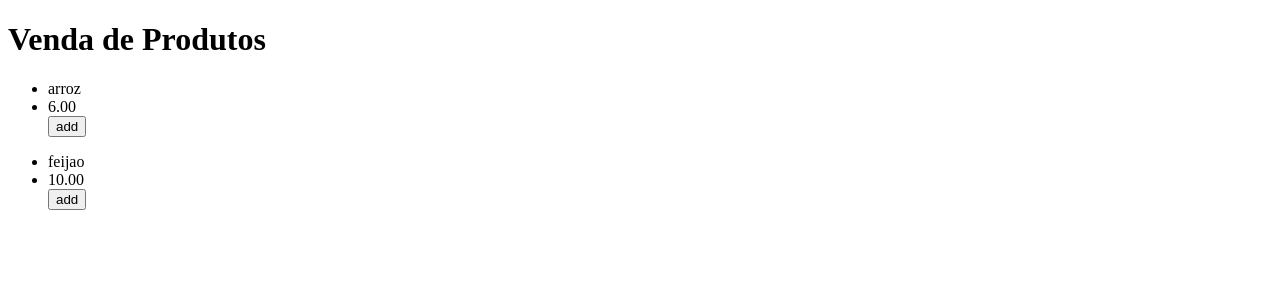
Repository: joaobatistafrontend/test-venda
Page: http://localhost/
An editor plug-in stored every save of this project. The page is shown before and after the next save, followed by the edit.
The browser window is 1280 px wide. The pictures show the whole page.
The page is served by the project's application, run on Django 4.2 (manage.py). The page reads the database file committed with the project. Queries for data that is not in the repository find no rows.

Above is the page before, as saved 2024-09-23 00:32:41.

After the next save:
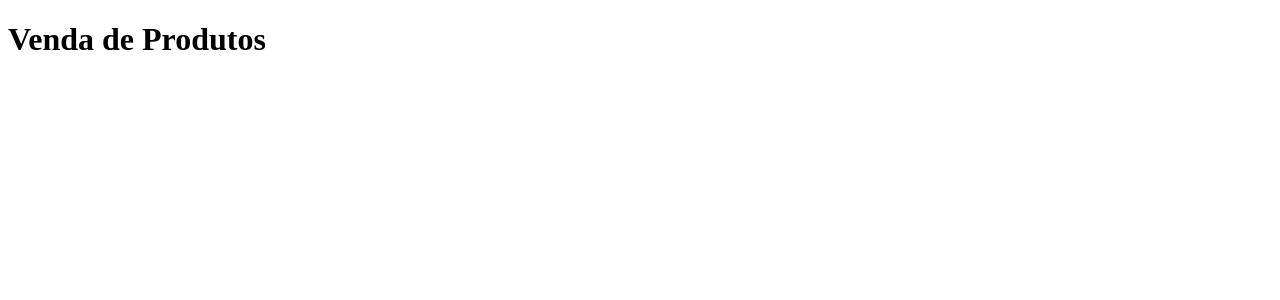
Saved 5 s later.
--- a/core/venda.py
+++ b/core/venda.py
@@ -22,7 +22,7 @@
 
     def get(self, request):
         produtos = Produto.objects.all()
-        produtos = Produto.objects.all()
+        produtos = Carrinho.objects.all()
         return render(request, self.template_name, {'produtos':produtos})
     def post(self, request):
         produto_id = request.POST.get('produto_id')

After the save that followed:
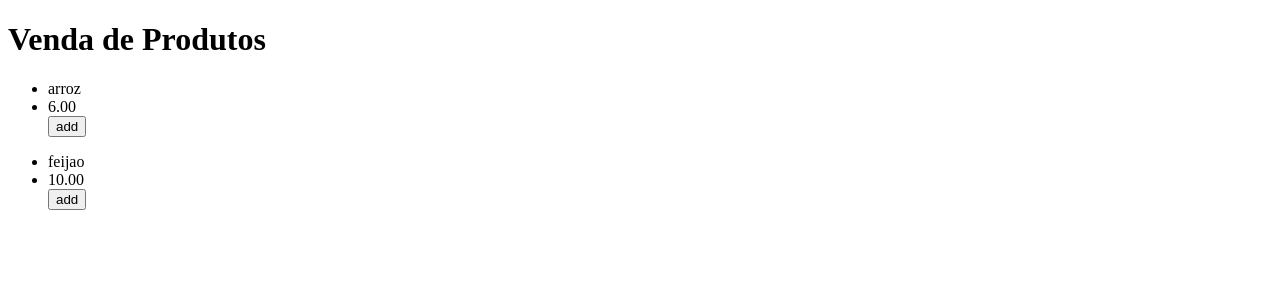
Saved 4 s later.
--- a/core/venda.py
+++ b/core/venda.py
@@ -22,7 +22,7 @@
 
     def get(self, request):
         produtos = Produto.objects.all()
-        produtos = Carrinho.objects.all()
+        prods = Carrinho.objects.all()
         return render(request, self.template_name, {'produtos':produtos})
     def post(self, request):
         produto_id = request.POST.get('produto_id')
